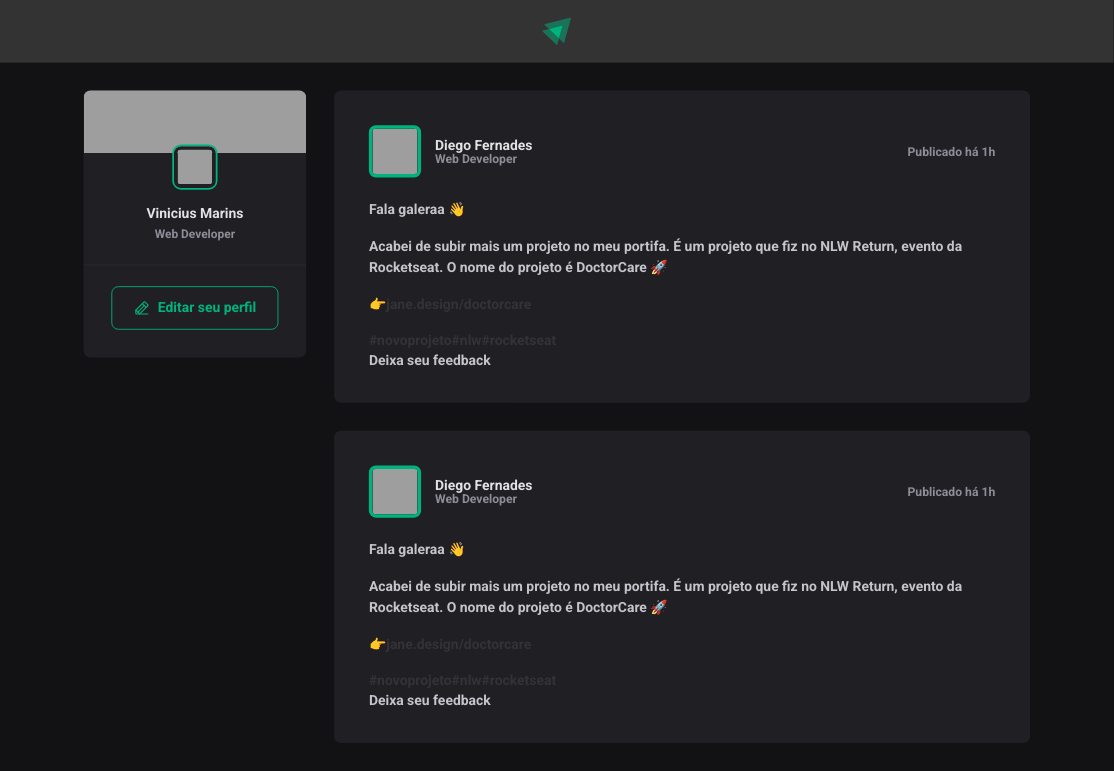
Repository: viniimartins/reactFundamentosRocketseat
Page: /
The author's editor kept a copy of each file at every save. The page is drawn from the files as they stood at one save, then again after the next save.
The browser window is 1280 px wide. The pictures show the whole page, at 87% of full size.
Pictures or frames that could not be fetched are drawn as grey boxes. The project was rebuilt for these pictures with package versions that can differ from the ones it lists, and the page was loaded fresh each time. Also part of the build but not shown: vite.config.js.

Above is the page before, as saved 2023-04-29 22:55:26.

After the next save:
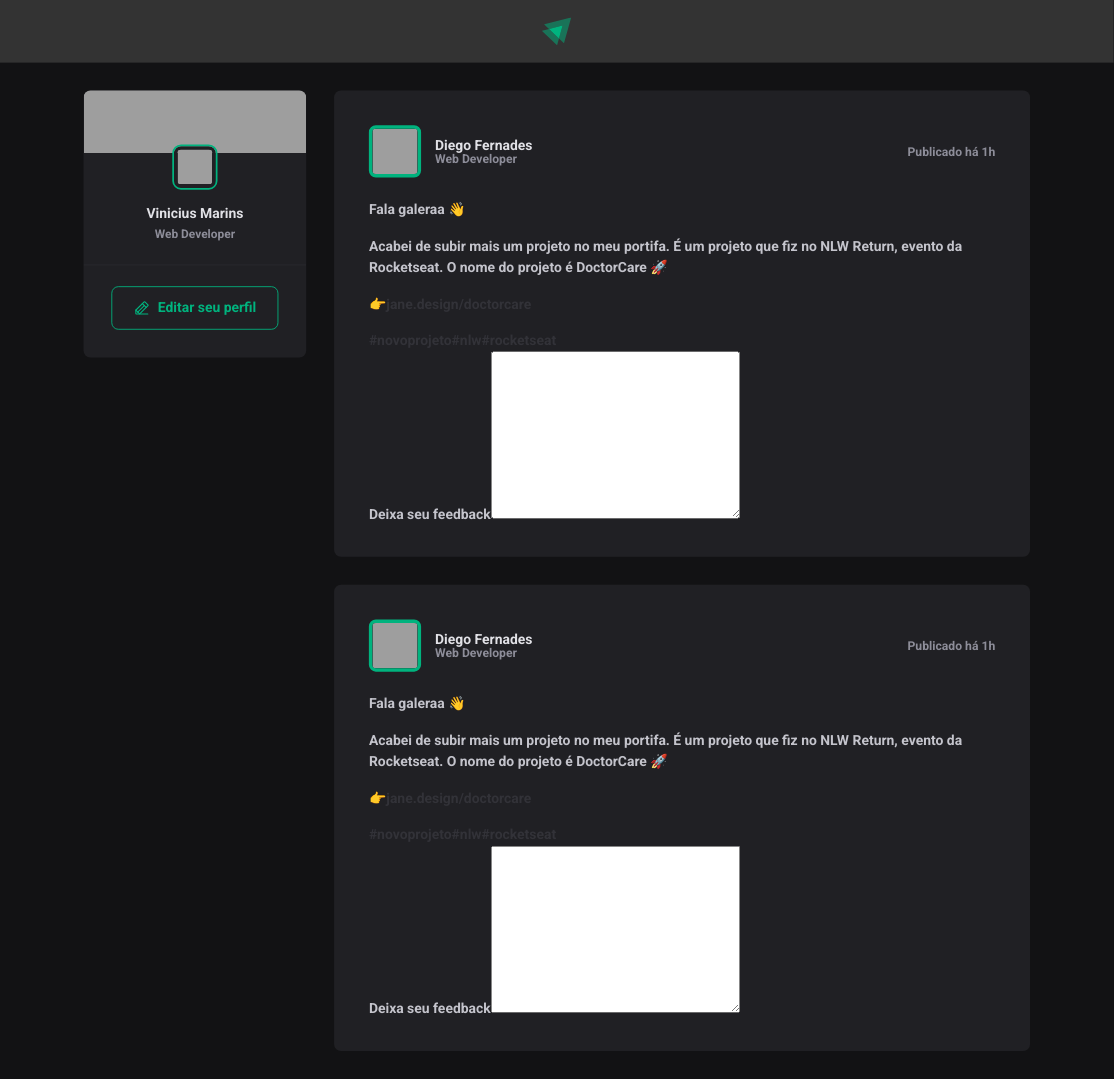
Saved 6 s later.
--- a/src/Components/Post.jsx
+++ b/src/Components/Post.jsx
@@ -28,6 +28,8 @@ export function Post() {
 
             <form className={styles.commentForm}>
                     <strong>Deixa seu feedback</strong>
+
+                    <textarea name="" id="" cols="30" rows="10"></textarea>
             </form>
         </article>
     )
